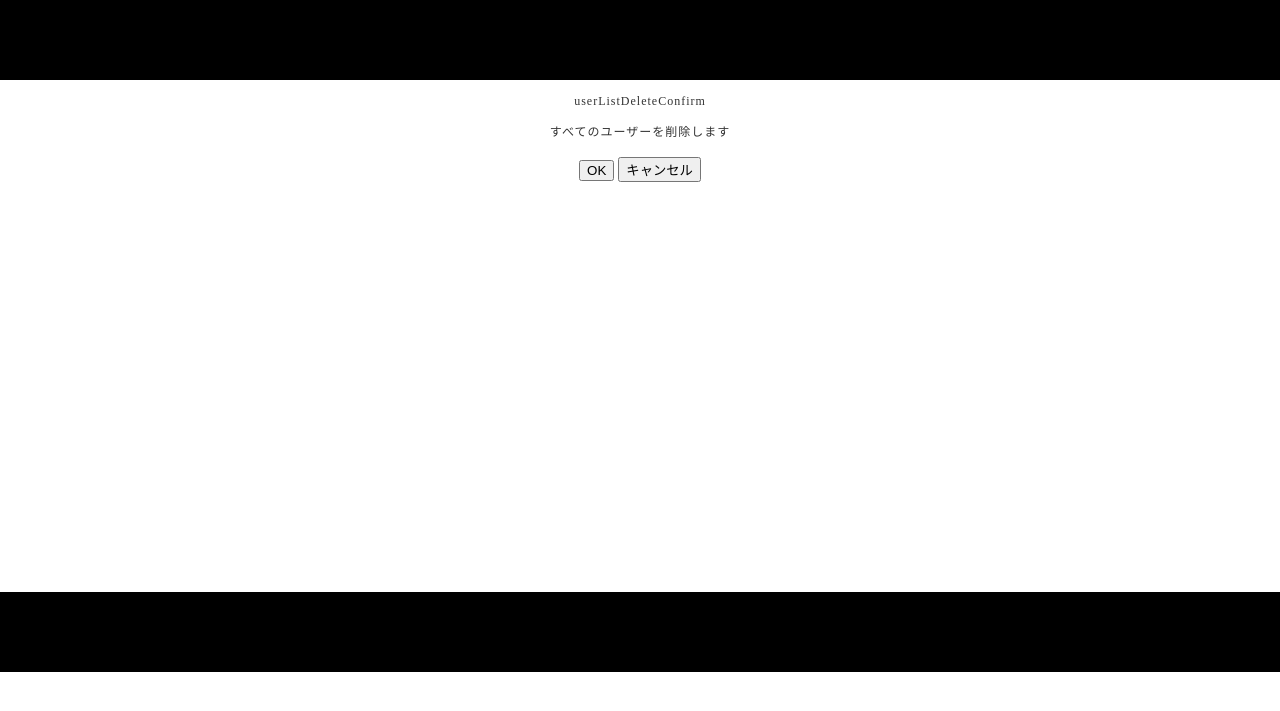
Repository: kazuki000/test
Page: http://localhost/ecsite/userListDeleteConfirm.jsp
These files come from the project's save history. The page is drawn as it stood at one moment and after the next save; the edit follows.
The browser window is 1280 px wide. The pictures show the whole page.
Some web libraries are served in a nearby version. The page is served by Tomcat 9. Other server files are loaded and not shown.

Above is the page before, as saved 2019-05-04 08:41:44.

### ecsite/WebContent/userListDeleteConfirm.jsp
<%@ page language="java" contentType="text/html; charset=UTF-8"
    pageEncoding="UTF-8"%>
<%@ taglib prefix="s" uri="/struts-tags"%>
<!DOCTYPE html PUBLIC "-//W3C//DTD HTML 4.01 Transitional//EN" "http://www.w3.org/TR/html4/loose.dtd">
<html>
<head>
	<meta http-equiv="Content-Type" content="text/html; charset=UTF-8">
	<meta http-equiv="Content-Style-Type" content="text/css"/>
	<meta http-equiv="Content-Script-Type" content="text/javascript"/>
	<meta http-equiv="imagetoolbar" content="no"/>
	<meta http-equiv="description" content=""/>
	<meta http-equiv="keywords" content=""/>
	<script src="http://ajax.googleapis.com/ajax/libs/jquery/1.9.1/jquery.min.js"></script>
	<title>Insert title here</title>

	<style type="text/css">

	body{
		margin:0;
		padding:0;
		line-height:1.6;
		letter-spacing:1px;
		font-size:12px;
		color:#333;
		background:#fff;
	}

	table{
		text-align:center;
		margin:0 auto;
	}

	#header{
		width:100%;
		height:80px;
		background-color:black;
	}

	#top{
		width:780px;
		text-align:center;
		border:1px solid black;
	}

	#main{
		width:100%;
		height:500px;
		text-align:center;
	}

	#footer{
		width:100%;
		height:80px;
		background-color:black;
	}

	</style>

	 <script type="text/javascript">
              function submitAction(url){
                       $('form').attr('action',url);
                       $('form').submit();
              }
      </script>

</head>
<body>
	<div id="header">
			<div id="pr">
			</div>
	</div>
	<div id="main">
			<div id="pr">
					<p>userListDeleteConfirm</p>
			</div>
				<p>すべてのユーザーを削除します</p>
			<div>
			<s:form>

					<td>
				<input type="button" value="OK" onclick="submitAction('UserListDeleteCompleteAction')"/>
				<input type="button" value="キャンセル" onclick="submitAction('AdminAction')">
			</td>

			</s:form>
			</div>
		</div>
		<div id="footer">
				<div id="pr">
				</div>
		</div>



</body>
</html>

After the next save:
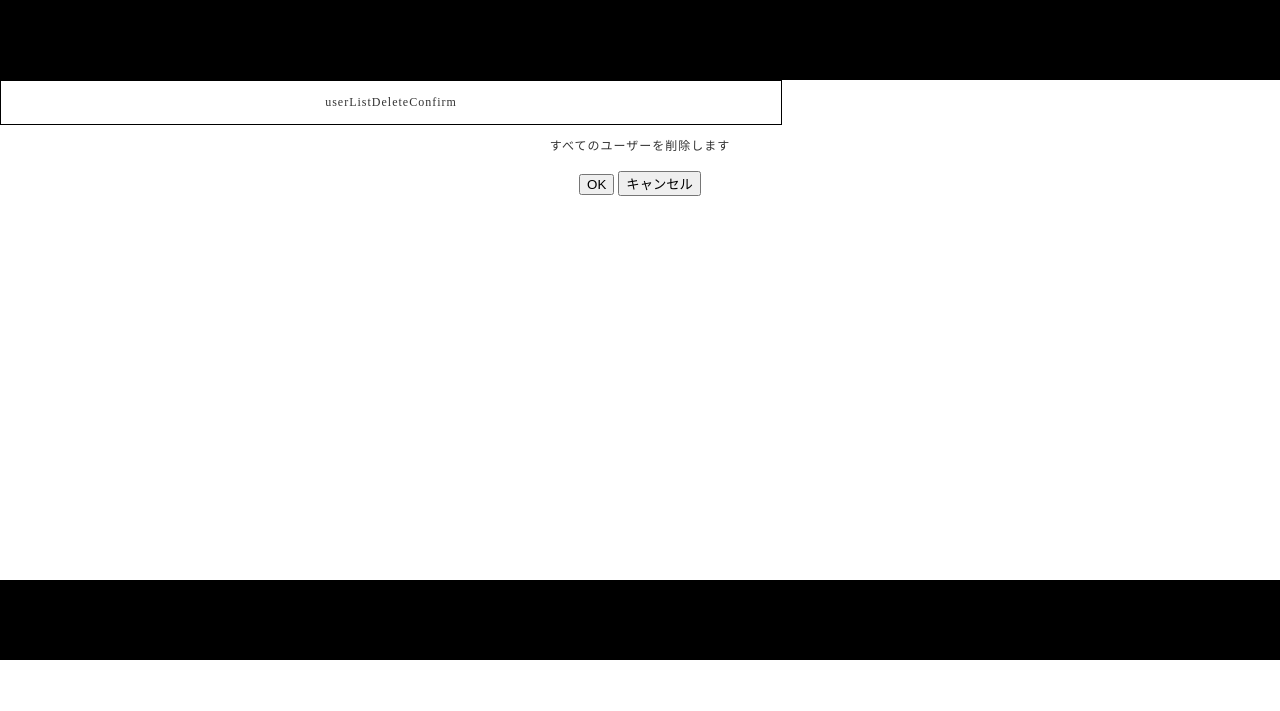
Saved 56 s later.
--- a/ecsite/WebContent/userListDeleteConfirm.jsp
+++ b/ecsite/WebContent/userListDeleteConfirm.jsp
@@ -70,7 +70,7 @@
 			</div>
 	</div>
 	<div id="main">
-			<div id="pr">
+			<div id="top">
 					<p>userListDeleteConfirm</p>
 			</div>
 				<p>すべてのユーザーを削除します</p>
